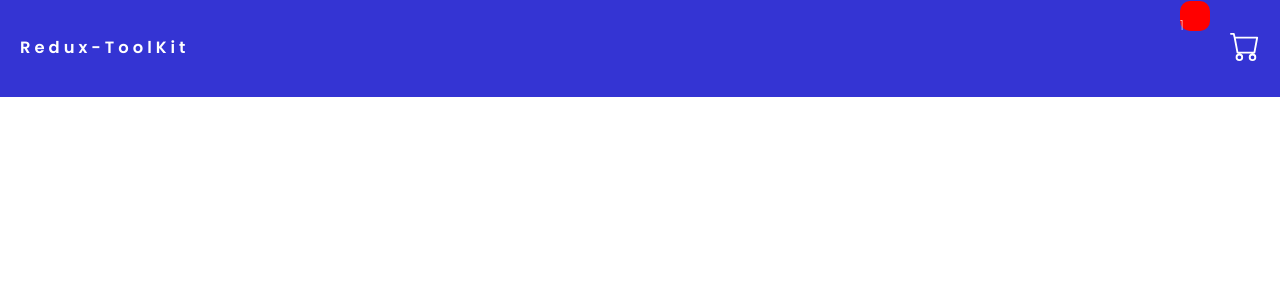
Repository: OmniaRafat232111121/shoppingCart
Page: /
An editor plug-in stored every save of this project. The page is shown before and after the next save, followed by the edit.
The browser window is 1280 px wide. The pictures show the whole page.
The project was rebuilt for these pictures with package versions that can differ from the ones it lists, and the page was loaded fresh each time. Also part of the build but not shown: src/App.css.

Above is the page before, as saved 2023-02-07 01:54:34.

After the next save:
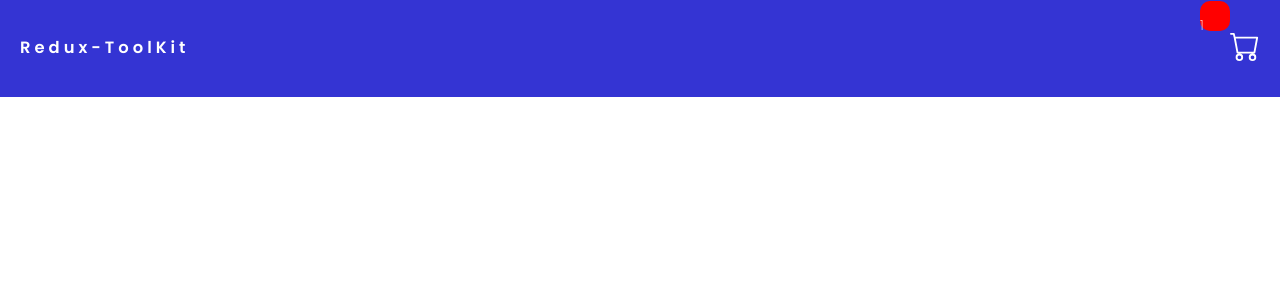
Saved 7 s later.
--- a/src/index.css
+++ b/src/index.css
@@ -31,7 +31,7 @@ nav{
 .amount-container{
   position: absolute;
   top:-30px;
-  left:-50px;
+  left:-30px;
   background-color: red;
   border-radius: 10px;
   width:30px;
